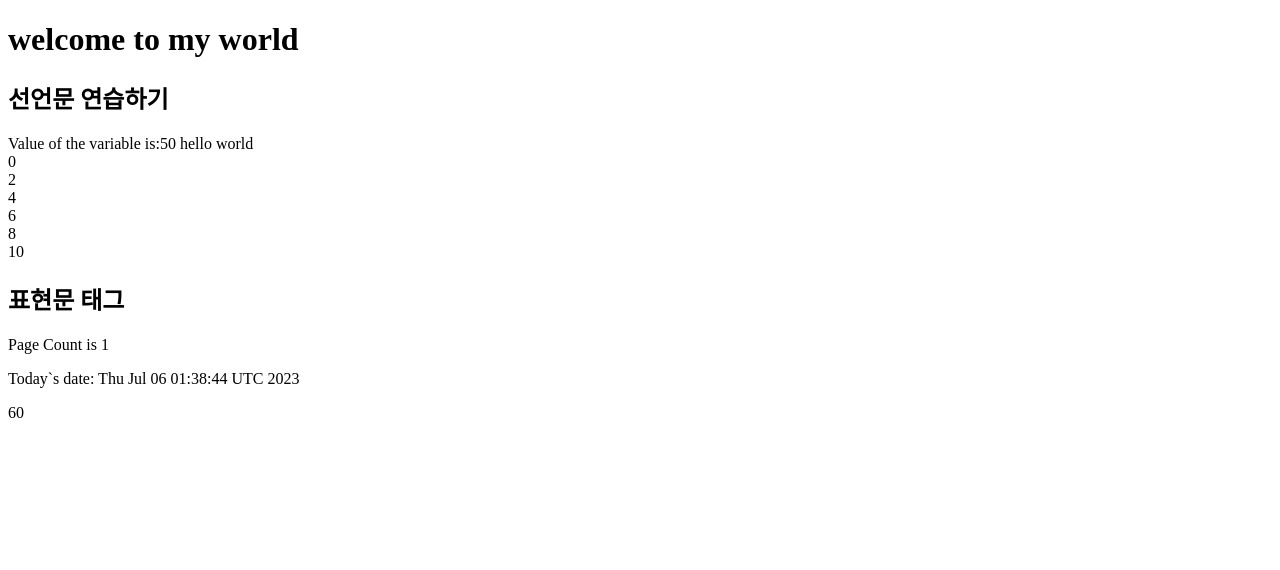
Repository: ifpi98/java_e
Page: http://localhost/jspproject/test1.jsp
An editor plug-in stored every save of this project. The page is shown before and after the next save, followed by the edit.
The browser window is 1280 px wide. The pictures show the whole page.
The page is served by Tomcat 9.

Above is the page before, as saved 2023-07-06 02:40:43.

### jspproject/src/main/webapp/test1.jsp
<%@page import="java.util.Date"%>
<%@ page language="java" contentType="text/html; charset=EUC-KR"
    pageEncoding="EUC-KR"%>
<!DOCTYPE html>
<html>
<head>
<meta charset="EUC-KR">
<title>Insert title here</title>
</head>
<body>

	<h1> welcome to my world</h1>
	<h2> 선언문 연습하기</h2>

	<%! int data = 50; %>
	<% out.println("Value of the variable is:" + data); %>

	<%! String makeItLower(String data){
		return data.toLowerCase();
	} %>

	<% out.println(makeItLower("Hello World")); %>
	<% out.println("<br>"); %>

	<%
	for (int i = 0; i <= 10; i++){
		if(i%2 == 0)
			out.println(i + "<br>");
	}%>

	<h2> 표현문 태그</h2>
	<% int count = 0; %>
	Page Count is <%= ++count %>

	<p> Today`s date: <%=new Date()%></p>

	<%
	int a1 = 10;
	int b1 = 20;
	int c1 = 30;
	%>

	<%= a1 + b1 + c1 %>
	<!-- 주석처리 ctrl + shift + / -->

	<% String greeting = "Welcome to Web Shopping Mall";
	String line="안녕하세요";
	%>

</body>
</html>

After the next save:
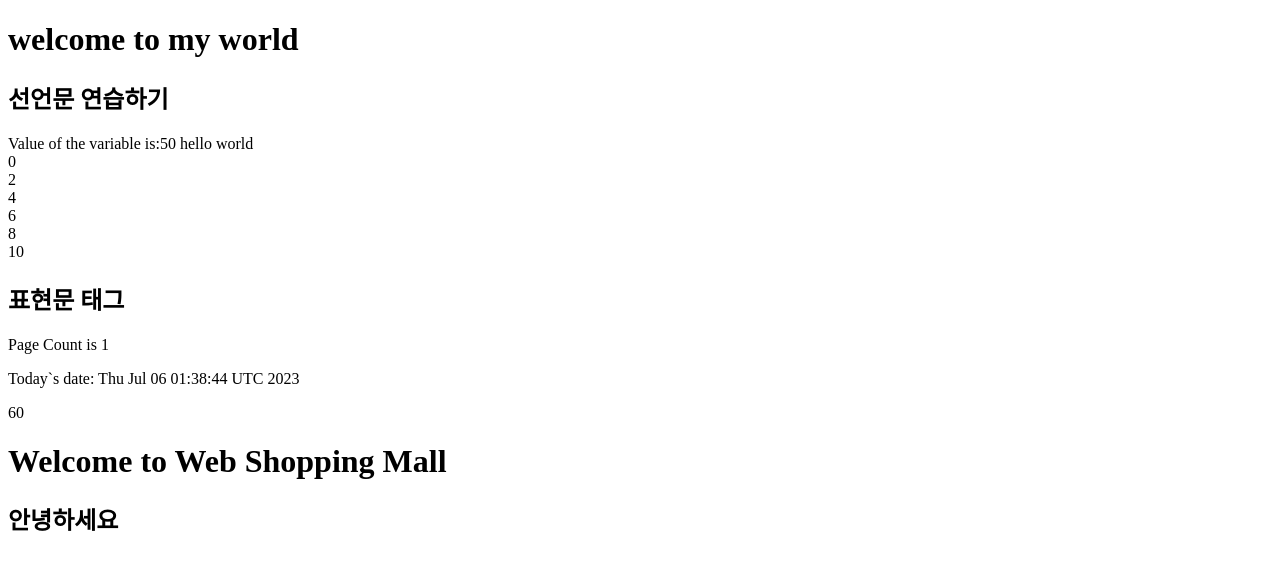
Saved 31 s later.
--- a/jspproject/src/main/webapp/test1.jsp
+++ b/jspproject/src/main/webapp/test1.jsp
@@ -47,5 +47,7 @@
 	String line="안녕하세요";
 	%>
 
+	<h1> <%= greeting %></h1>
+	<h2> <%= line %></h2>
 </body>
 </html>
